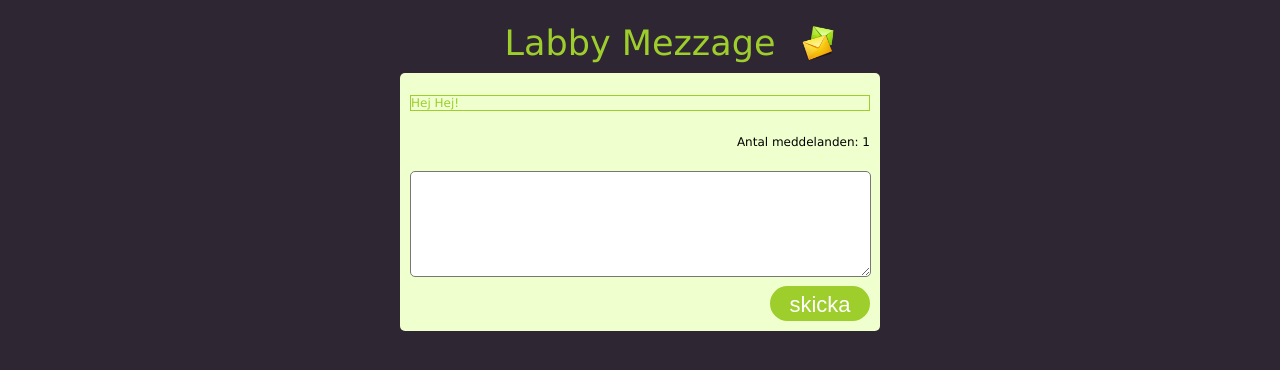
Repository: ad222kr/1dv403-laborationer
Page: 2-labbymezzage/index.html
The author's editor kept a record of every edit. The page is drawn from the files as they stood at one moment, then again after the next edit.
The browser window is 1280 px wide. The pictures show the whole page.

Above is the page before.

### 2-labbymezzage/index.html
<!DOCTYPE HTML>
<html lang="sv">
    <head>
        <meta charset="UTF-8" />
        <title>Laboration 2 - Labby Mezzage!</title>
        <link rel="stylesheet" href="css/style.css" />
        <script src="js/Message.js"></script>
        <script src="js/MessageBoard.js"></script>

    </head>

    <body>
        <div id ="container">
            <header><h1>Labby Mezzage</h1></header>
            <div id="content">
                <div id="messages"><p class="message">Hej Hej!</p></div>

                <div id="numberofmess"><p>Antal meddelanden: 1</p></div>
                <form id="form">
                    <textarea id="textarea" name="textarea"></textarea>
                <button id="button" type="button">skicka</button>
                </form>





            </div>
        </div>

    </body>
</html>

### 2-labbymezzage/css/style.css
body{
    background-color: #2E2633; /* Ändra sen */
    font-family: Verdana, Helvetica;
    color:#9dce2c;
}

h1{


    font-size: 35px;
    font-weight: normal;
}

header{
    background-image: url("pics/logo.png");
    background-size: 35px 35px;
    background-repeat: no-repeat;
    background-position: 90%;
    text-align: center;
    height: 40px;
    line-height: 40px;
    margin-bottom:10px;
}

#container{
    width: 480px;
    margin: 0px auto;
}

#content{
    background: #EFFFCD;
    border-color: #000000;
    padding: 10px;
    border-radius: 5px;
    -webkit-border-radius: 5px;
    -moz-border-radius: 5px;


}

#content textarea{
    width: 455px;
    height: 100px;
    -webkit-border-radius: 5px;
    -moz-border-radius: 5px;
    border-radius: 5px;
    margin-top:20px;
}

#button{
    border: 0px;
	background-color:#9dce2c;
	-webkit-border-top-left-radius:42px;
	-moz-border-radius-topleft:42px;
	border-top-left-radius:42px;
	-webkit-border-top-right-radius:42px;
	-moz-border-radius-topright:42px;
	border-top-right-radius:42px;
	-webkit-border-bottom-right-radius:42px;
	-moz-border-radius-bottomright:42px;
	border-bottom-right-radius:42px;
	-webkit-border-bottom-left-radius:42px;
	-moz-border-radius-bottomleft:42px;
	border-bottom-left-radius:42px;
	display:inline-block;
	color:#ffffff;
	font-size:22px;
	font-weight:normal;
	font-style:normal;
	height:35px;
	line-height:35px;
	width:100px;
	text-decoration:none;
	text-align:center;
	margin-left: 360px;
	margin-top: 5px;
}

#button:hover{
    background:-webkit-gradient( linear, left top, left bottom, color-stop(0.05, #8cb82b), color-stop(1, #9dce2c) );
	background:-moz-linear-gradient( center top, #8cb82b 5%, #9dce2c 100% );
	background-color:#8cb82b;
}

#button:active{
    position: relative;
    top: 1px;
}

#numberofmess{
    color: black;
    font-size: 12px;
    float: right;
    margin-bottom: -10px;
}

.message{
    font-size: 12px;
    border: solid 1px;
    co
}

### 2-labbymezzage/js/Message.js
"use strict";
function Message(message, date){


    this.getText = function(){
        return message;
    }
    this.setText = function(_text){
        message = _text;
    }
    this.getDate = function(){
        return date;
    }
    this.setDate = function(_date){
        date = _date;
    }
}

Message.prototype.toString = function(){
    return this.getText() +" (" + this.getDate() + " )";
};
Message.prototype.getHTMLtext = function(){
    var htmlText = this.getText();
    return htmlText.replace(/\n/g, "<br />");
};
Message.prototype.getDateText = function(){
    var dateText = this.getDate();
    return dateText;
};

### 2-labbymezzage/js/MessageBoard.js
"use strict";
var MessageBoard = {


    messages: [],

    init: function(){

        var button = document.getElementById("button");



        button.addEventListener("click", MessageBoard.createMessage, false);
        button.addEventListener("click", MessageBoard.messageCount, false);

    },

    messageCount: function(){

        var count = MessageBoard.messages.length;
        var div = document.getElementById("numberofmess");
        div.innerHTML = "";
        var text = document.createElement("p");
        text.innerHTML = "Antal meddelanden: " + count;
        div.appendChild(text);

    },

    createMessage: function(){

        var input = document.getElementById("textarea").value;
        var mess = new Message(input, new Date());

        MessageBoard.messages.push(mess);
        MessageBoard.renderMessage(MessageBoard.messages.length - 1);

        document.getElementById("form").reset();
        return false;
    },

    renderMessage: function(messageID){
        // Sätter ref till #messages, skapar p-tag och sätter klass till .message
        var div = document.getElementById("messages");
        var text = document.createElement("p");
        text.className = "message";


        //Skickar in meddelandet till dokumentet
        text.innerHTML = MessageBoard.messages[messageID].getHTMLtext();
        div.appendChild(text);
    },

    renderMessages: function(){
        // Resettar och skriver ut alla meddelanden
        document.getElementById("messages").innerHTML ="";
        for(var i = 0; i < MessageBoard.messages.length; i++){
            MessageBoard.renderMessage(i);
        }
    }
};

window.onload = MessageBoard.init;

After the next edit:
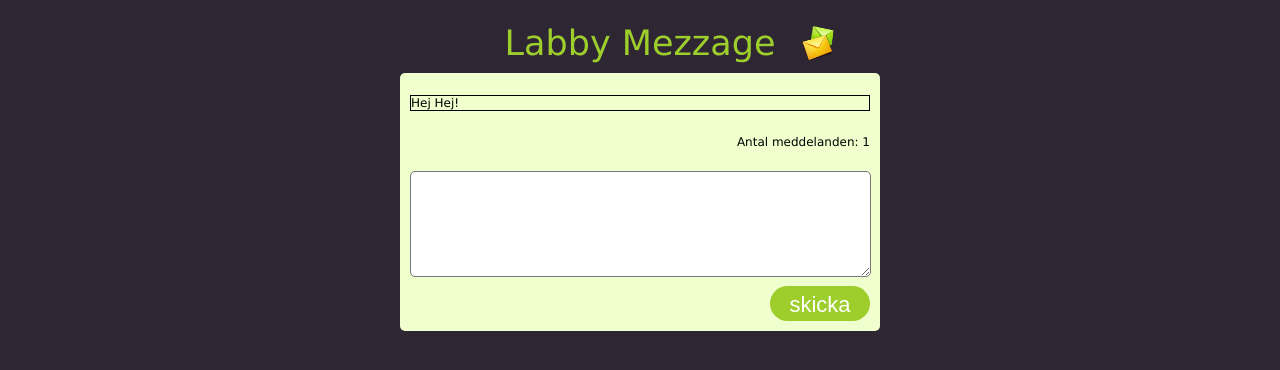
The edit:
--- a/2-labbymezzage/css/style.css
+++ b/2-labbymezzage/css/style.css
@@ -9,6 +9,9 @@
 
     font-size: 35px;
     font-weight: normal;
+}
+p{
+    color: black;
 }
 
 header{
